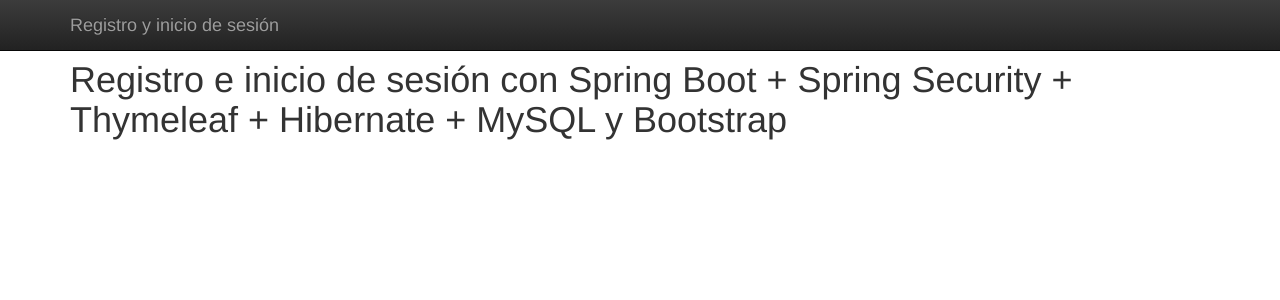
Repository: Richard0626/SpringBoot_Django
Page: http://localhost/index
These files come from the project's save history. The page is drawn as it stood at one moment and after the next save; the edit follows.
The browser window is 1280 px wide. The pictures show the whole page.
The page is this project's Thymeleaf template; nobody is signed in. The template is opened directly, without the code that normally fills it, so the values that code supplies are empty.

Above is the page before, as saved 2022-06-17 03:49:35.
Console error (its wording comes from the project's code and is left out).

### eatfood/src/main/resources/templates/index.html
<!DOCTYPE html>
<html xmlns:th="http://www.thymeleaf.org"
	xmlns:sec="http://www.thymeleaf.org/thymeleaf-extras-springsecurity3">
<head>
<meta charset="utf-8">
<title>Inicio</title>
<!-- Latest compiled and minified CSS -->
<link rel="stylesheet"
	href="https://maxcdn.bootstrapcdn.com/bootstrap/3.3.7/css/bootstrap.min.css"
	integrity="sha384-BVYiiSIFeK1dGmJRAkycuHAHRg32OmUcww7on3RYdg4Va+PmSTsz/K68vbdEjh4u"
	crossorigin="anonymous">

<!-- Optional theme -->
<link rel="stylesheet"
	href="https://maxcdn.bootstrapcdn.com/bootstrap/3.3.7/css/bootstrap-theme.min.css"
	integrity="sha384-rHyoN1iRsVXV4nD0JutlnGaslCJuC7uwjduW9SVrLvRYooPp2bWYgmgJQIXwl/Sp"
	crossorigin="anonymous">
</head>
<body>


	<nav class="navbar navbar-inverse navbar-fixed-top">

		<div class="container">
			<div class="navbar-header">
				<button type="button" class="navbar-toggle collapsed"
					data-toggle="collapse" data-target="#navbar" aria-expanded="false"
					aria-controls="navbar">
					<span class="sr-only">Toggle navigation</span> <span
						class="icon-bar"></span> <span class="icon-bar"></span> <span
						class="icon-bar"></span>
				</button>
				<a class="navbar-brand" href="#" th:href="@{/}">Registro y
					inicio de sesión</a>
			</div>
			<div id="navbar" class="collapse navbar-collapse">
				<ul class="nav navbar-nav">
					<li sec:authorize="isAuthenticated()"><a th:href="@{/logout}">Cerrar
							sesión</a></li>
				</ul>
			</div>
		</div>
	</nav>

	<br>
	<br>

	<div class="container">
		<h1>Registro e inicio de sesión con Spring Boot + Spring Security
			+ Thymeleaf + Hibernate + MySQL y Bootstrap</h1>
		<br>
		<h4>

		</h4>

		<br> <br>
	</div>



	<!-- Latest compiled and minified JavaScript -->
	<script
		src="https://maxcdn.bootstrapcdn.com/bootstrap/3.3.7/js/bootstrap.min.js"
		integrity="sha384-Tc5IQib027qvyjSMfHjOMaLkfuWVxZxUPnCJA7l2mCWNIpG9mGCD8wGNIcPD7Txa"
		crossorigin="anonymous"></script>
</body>
</html>

After the next save:
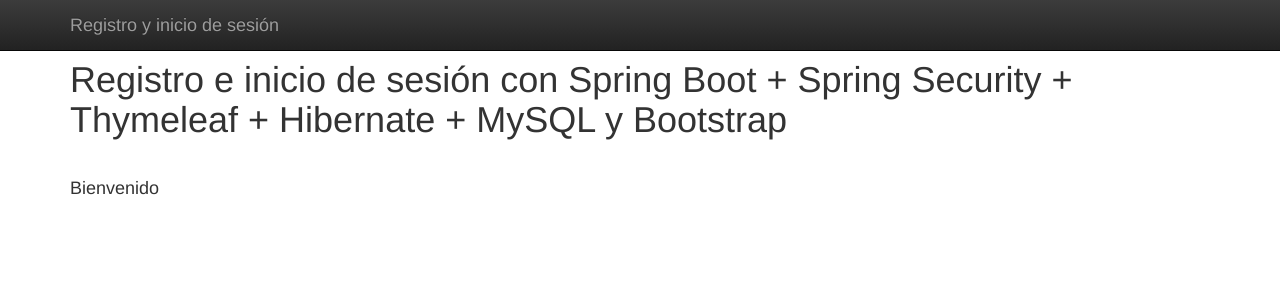
Saved 113 s later.
--- a/eatfood/src/main/resources/templates/index.html
+++ b/eatfood/src/main/resources/templates/index.html
@@ -50,7 +50,7 @@
 			+ Thymeleaf + Hibernate + MySQL y Bootstrap</h1>
 		<br>
 		<h4>
-
+			Bienvenido <span sec:authentication="principal.username"></span>
 		</h4>
 
 		<br> <br>
